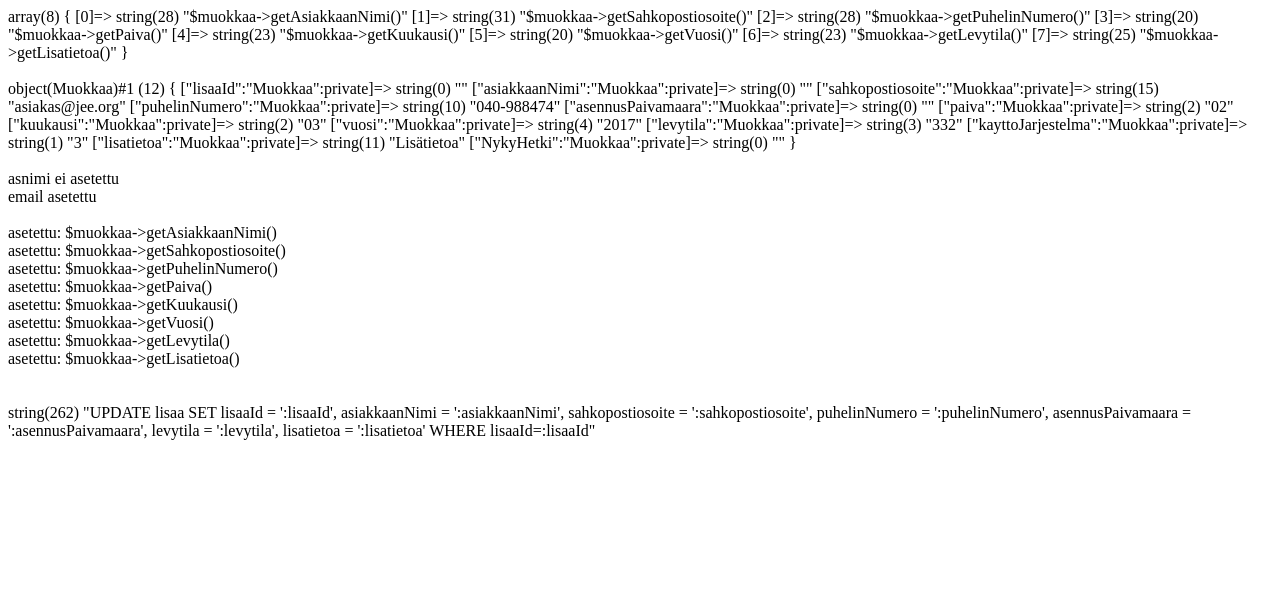
Repository: TommiKurjensalo/php
Page: http://localhost/test/function_to_function.php
The author's editor kept a copy of each file at every save. The page is drawn from the files as they stood at one save, then again after the next save.
The browser window is 1280 px wide. The pictures show the whole page.
The page is run by PHP 8.4 with error messages shown; the project is at /var/www/html/.

Above is the page before, as saved 2017-04-25 16:47:49.

### sivut/test/function_to_function.php
<?php

$m = new Muokkaa("","asiakas@jee.org","040-988474","02","03","2017","332","3","Lisätietoa");

$m->muokkaaAsiakas($m);

class Muokkaa {

	// luokan attribuutit
	private $lisaaId = "";
	private $asiakkaanNimi = "";
	private $sahkopostiosoite = "";
	private $puhelinNumero = "";
	private $asennusPaivamaara = "";
	private $paiva = "";
	private $kuukausi = "";
	private $vuosi = "";
	private $levytila = "";
	private $kayttoJarjestelma = "";
	private $lisatietoa = "";
	private $NykyHetki = "";

	// Etsitään sopiva konstruktori
	function __construct() {
		$get_arguments       = func_get_args();
		$number_of_arguments = func_num_args();

		if (method_exists($this, $method_name = '__construct'.$number_of_arguments)) {
			call_user_func_array(array($this, $method_name), $get_arguments);
		}
	}


	// Luokan konstruktori
	public function __construct9($uusiAsiakkaanNimi = "", $uusiSahkopostiosoite = "", $uusiPuhelinNumero = "",
			$uusiPaiva = "", $uusiKuukausi = "", $uusiVuosi = "",
			$uusiLevytila = "", $uusiKayttoJarjestelma = "", $uusiLisatietoa = "")
	{

		// trim poistaa tyhjät merkkijonon alusta ja lopusta
		//$this->lisaaId = ($uusiId);
		$this->asiakkaanNimi = trim($uusiAsiakkaanNimi);
		$this->sahkopostiosoite = trim($uusiSahkopostiosoite);
		$this->puhelinNumero = trim($uusiPuhelinNumero);
		$this->paiva = trim($uusiPaiva);
		$this->kuukausi = trim($uusiKuukausi);
		$this->vuosi = trim($uusiVuosi);
		$this->levytila = trim($uusiLevytila);
		$this->kayttoJarjestelma = trim($uusiKayttoJarjestelma);
		$this->lisatietoa = trim($uusiLisatietoa);
	}

	// Luokan konstruktori haeAsiakas toimintoa varten
	public function __construct2($uusiId="", $uusiAsiakkaanNimi = "")

	{
		// trim poistaa tyhjät merkkijonon alusta ja lopusta
		$this->lisaaId = ($uusiId);
		$this->asiakkaanNimi = trim($uusiAsiakkaanNimi);
		$this->paiva = trim($uusiPaiva);
		$this->kuukausi = trim($uusiKuukausi);
		$this->vuosi = trim($uusiVuosi);
		$this->kayttoJarjestelma = trim($uusiKayttoJarjestelma);
	}

	// Muuttaa/asettaa lisaaId-attribuutin
	public function setLisaaId($uusiId) {
		$this->lisaaId = $uusiId;
	}

	// Palauttaa lisaaId-attribuutin
	public function getLisaaId() {
		return $this->lisaaId;
	}

	// Muuttaa/asettaa asiakkaanNimi-attribuutin
	public function setAsiakkaanNimi($uusiAsiakkaanNimi) {
		$this->asiakkaanNimi = $uusiAsiakkaanNimi;
	}

	// Palauttaa asiakkaanNimi-attribuutin
	public function getAsiakkaanNimi() {
		return $this->asiakkaanNimi;
	}


	// $empty kertoo, saako kenttä olla tyhjä (FALSE=>ei saa olla eli on pakollinen)
	// $min kertoo kentän minimipituuden merkkeinä
	// $max kertoo kentän maksimipituuden merkkeinä
	public function checkAsiakkaanNimi($required, $min, $max) {

		// Jos kenttä saa olla tyhjä ja se on tyhjä, ei ole virhettä
		if ($required === FALSE && strlen($this->asiakkaanNimi) == 0)
			return 0;

		if ($required === TRUE) {
			// Jos kenttä on tyhjä
			if (strlen($this->asiakkaanNimi) == 0)
				return 1;

			// Jos kentässä on liian vähän tai liikaa merkkejä
			if (strlen($this->asiakkaanNimi) < $min || strlen($this->asiakkaanNimi) > $max)
				return 2;

			// Jos kentässä on sinne kuulumattomia merkkejä
			if (preg_match("/[^a-zåäöA-ZÅÄÖ0-9 \-]/", $this->asiakkaanNimi))
				return 3;

		}
		// Ei ollut virheitä
		return 0;

	}

	// *******************************************************
	// Muuttaa/asettaa sahkopostiosoite-attribuutin
	public function setSahkopostiosoite($uusiSahkopostiosoite) {
		$this->sahkopostiosoite = $uusiSahkopostiosoite;
	}

	// Palauttaa sahkopostiosoite-attribuutin
	public function getSahkopostiosoite() {
		return $this->sahkopostiosoite;
	}

	public function checkSahkopostiosoite($required) {

		// Jos kenttä saa olla tyhjä ja se on tyhjä, ei ole virhettä
		if ($required === FALSE && strlen($this->sahkopostiosoite) == 0)
			return 0;

		if ($required == TRUE) {
			// Jos kenttä on tyhjä
			if (strlen($this->sahkopostiosoite) == 0)
				return 4;

			// Jos kentässä on sinne kuulumattomia merkkejä
			// Hyväksytyt merkit ovat A-Z a-z 0-9 . - ja maatunnus 2-4 merkkiä (A-Z a-z)
			if (!preg_match('/^[A-Öa-ö0-9._-]+@[A-Öa-ö0-9.-]+\.[A-Za-z]{2,4}$/', $this->sahkopostiosoite))
				return 5;

		}

		return 0;
	}

	// *******************************************************
	// Muuttaa/asettaa puhelinNumero-attribuutin
	public function setPuhelinNumero($uusiPuhelinNumero) {
		$this->puhelinNumero = $uusiPuhelinNumero;
	}

	// Palauttaa puhelinNumero-attribuutin
	public function getPuhelinNumero() {
		return $this->puhelinNumero;
	}

	public function checkPuhelinNumero($required, $min, $max) {

		// Jos kenttä saa olla tyhjä ja se on tyhjä, ei ole virhettä
		if ($required === FALSE && strlen($this->puhelinNumero) == 0)
			return 0;

		if ($required === TRUE) {
			// Jos kenttä on tyhjä
			if (strlen($this->puhelinNumero) == 0)
				return 6;

			// Jos kentässä on liian vähän merkkejä/numeroita
			if (strlen($this->puhelinNumero) < $min || strlen($this->puhelinNumero) > $max) {
				return 20;
			}
			// Jos kentässä on sinne kuulumattomia merkkejä
			// Sallittu vain numerot 0-9, välilyönti ja välimerkki '-'
			elseif (!preg_match('/^(\d){0,4}[-]{1}[(\d\s)]{0,17}$/D', $this->puhelinNumero)) {
				return 7;
			}

		}
		// Ei ollut virheitä
		return 0;
	}

	// *******************************************************
	// Muuttaa/asettaa asennusPaivamaara-attribuutin
	public function setAsennusPaivamaara($uusiAsennusPaivamaara) {
		$this->asennusPaivamaara = $uusiAsennusPaivamaara;
	}

	// Palauttaa asennusPaivamaara-attribuutin
	public function getAsennusPaivamaara() {
		return $this->asennusPaivamaara;
	}

	// *******************************************************
	// Muuttaa/asettaa paiva-attribuutin
	public function setPaiva($uusiPaiva) {
		$this->paiva = $uusiPaiva;
	}

	// Palauttaa paiva-attribuutin
	public function getPaiva() {
		return $this->paiva;
	}

	// *******************************************************
	// Muuttaa/asettaa kuukausi-attribuutin
	public function setKuukausi($uusiKuukausi) {
		$this->kuukausi = $uusiKuukausi;
	}

	// Palauttaa kuukausi-attribuutin
	public function getKuukausi() {
		return $this->kuukausi;
	}

	// *******************************************************
	// Muuttaa/asettaa vuosi-attribuutin
	public function setVuosi($uusiVuosi) {
		$this->vuosi = $uusiVuosi;
	}

	// Palauttaa vuosi-attribuutin
	public function getVuosi() {
		return $this->vuosi;
	}

	// Palauttaa nykyhetki-attribuutin
	// Käytetään testaukseen
	public function getNykyHetki() {
		return $this->NykyHetki;
	}

	public function checkAsennusPaivamaara($required) {


		if ($required === TRUE) {
			// Jos kentät on tyhjiä

			if (strpos($this->paiva, 'none') !==FALSE || strpos($this->kuukausi, 'none') !==FALSE
					|| strpos($this->vuosi, 'none') !==FALSE) {
						return 8;
					}
					// Määritellään muuttujia päivämäärän tulevaisuuden tarkistamista varten
					$paivaFormaatti='j.n.Y';
					$nykyHetki = new DateTime('now', new DateTimeZone('Europe/Helsinki'));
					// Muutetaan tuodut päivä,kuukausi ja vuositiedot DateTime muotoon, jotta sitä voidaan helpommin vertailla
					// ja viedä yhdellä muuttujalle tiedot sivulle
					$DateAsennusPaivamaara = DateTime::createFromFormat($paivaFormaatti,"$this->paiva.$this->kuukausi.$this->vuosi");
					$this->asennusPaivamaara = $DateAsennusPaivamaara;
					$this->NykyHetki = $nykyHetki;

					// Jos asetettu päivämääärä on tulevaisuudessa
					if($DateAsennusPaivamaara > $nykyHetki)
						return 9;
		}
		// Muuten palautetaan 0, aka kaikki hyvin
		return 0;
	}

	public function setErotteleAsennusPaivamaara($asennusPaivamaara) {

		if (!empty($asennusPaivamaara)) {
			list($uusiVuosi,$uusiKuukausi,$UusiPaiva) = explode(".",$asennusPaivamaara);

			$this->setPaiva($UusiPaiva);
			$this->setKuukausi($uusiKuukausi);
			$this->setVuosi($uusiVuosi);
		}


	}

	// *******************************************************
	// Muuttaa/asettaa levytila-attribuutin
	public function setLevytila($uusiLevytila) {
		$this->levytila = $uusiLevytila;
	}

	// Palauttaa levytila-attribuutin
	public function getLevytila() {
		return $this->levytila;
	}

	public function checkLevytila($required) {

		// Jos kenttä saa olla tyhjä ja se on tyhjä, ei ole virhettä
		if ($required === FALSE && strlen($this->levytila) == 0)
			return 0;

		if ($required === TRUE) {
			// Jos kenttä on tyhjä
			if (strlen($this->levytila) == 0)
				return 10;

			// Jos kentässä on sinne kuulumattomia merkkejä
			if (preg_match("[\d{1-5}]", $this->levytila))
				return 11;

			// Jos levytila on 0 tai negatiivinen kokonaisluku
			if ($this->levytila <= 0)
				return 21;
		}

		return 0;
	}

	// *******************************************************
	// Muuttaa/asettaa kayttoJarjestelma-attribuutin
	public function setKayttoJarjestelma($uusiKayttoJarjestelma) {
		$this->kayttoJarjestelma = $uusiKayttoJarjestelma;
	}

	// Palauttaa kayttoJarjestelma-attribuutin
	public function getKayttoJarjestelma() {
		return $this->kayttoJarjestelma;
	}

	public function checkKayttoJarjestelma($required) {

		// Jos kenttä saa olla tyhjä ja se on tyhjä, ei ole virhettä
		if ($required === FALSE && strlen($this->kayttoJarjestelma) == 0)
			return 0;

		if ($required === TRUE) {
			// Jos käyttöjärjestelmää ei ole valittu
			if (strpos($this->kayttoJarjestelma, 'none') !==FALSE)
				return 12;
		}
		// Ei ollut virheitä
		return 0;
	}

	// *******************************************************
	// Muuttaa/asettaa kayttoJarjestelma-attribuutin
	public function setLisatietoa($uusiLisatietoa) {
		$this->lisatietoa = $uusiLisatietoa;
	}

	// Palauttaa kayttoJarjestelma-attribuutin
	public function getLisatietoa() {
		return $this->lisatietoa;
	}

	public function checkLisatietoa ($required, $min, $max) {

		// Jos kenttä saa olla tyhjä ja se on tyhjä, ei ole virhettä
		if ($required === FALSE && strlen($this->lisatietoa) == 0)
			return 0;


		if ($required === TRUE) {
			// Jos kenttä on tyhjä
			if (strlen($this->lisatietoa) == 0)
				return 13;

			// Jos kentässä on liian vähän tekstiä
			if (strlen($this->lisatietoa) < $min || strlen($this->lisatietoa) > $max)
				return 14;

		}
		// Ei ollut virheitä
		return 0;
	}

public function muokkaaAsiakas($muokkaa) {

	$tulos = array();
	$table = 'lisaa';
	$where = 'lisaaId=:lisaaId';
	$a = '$muokkaa->get';
	$lista = [$a.'AsiakkaanNimi()',$a.'Sahkopostiosoite()',$a.'PuhelinNumero()',$a.'Paiva()',$a.'Kuukausi()',$a.'Vuosi()',$a.'Levytila()',$a.'Lisatietoa()'];

	var_dump($lista);
	echo "<br><br>";
	var_dump($muokkaa);

	echo "<br><br>";

	echo (!empty($muokkaa->getAsiakkaanNimi()) ? 'asnimi asetettu':'asnimi ei asetettu');
	echo "<br>";
	echo (!empty($muokkaa->getSahkopostiosoite()) ? 'email asetettu':'email ei asetettu');

	echo "<br><br>";
	for ($i=0; $i<=7; $i++) {
		if (!empty($lista[$i])) {
			echo 'asetettu: ' .$lista[$i].'<br>';
		}
	}

	$data = ["lisaaId" => ":lisaaId","asiakkaanNimi" => ":asiakkaanNimi","sahkopostiosoite"=>":sahkopostiosoite","puhelinNumero"=>":puhelinNumero",
			"asennusPaivamaara"=>":asennusPaivamaara","levytila"=>":levytila","lisatietoa"=>":lisatietoa"];

	function build_sql_update($table, $data, $where)
	{
		$cols = array();

		foreach($data as $key=>$val) {
			$cols[] = "$key = '$val'";
		}
		$sql = "UPDATE $table SET " . implode(', ', $cols) . " WHERE $where";

		return $sql;
	}

	$sql_lisaa = build_sql_update($table,$data,$where);
	//$sql_lisaa = Muokkaa::build_sql_update($table, $data, $where);
	echo "<br><br>";
	var_dump($sql_lisaa);
}
}
?>

After the next save:
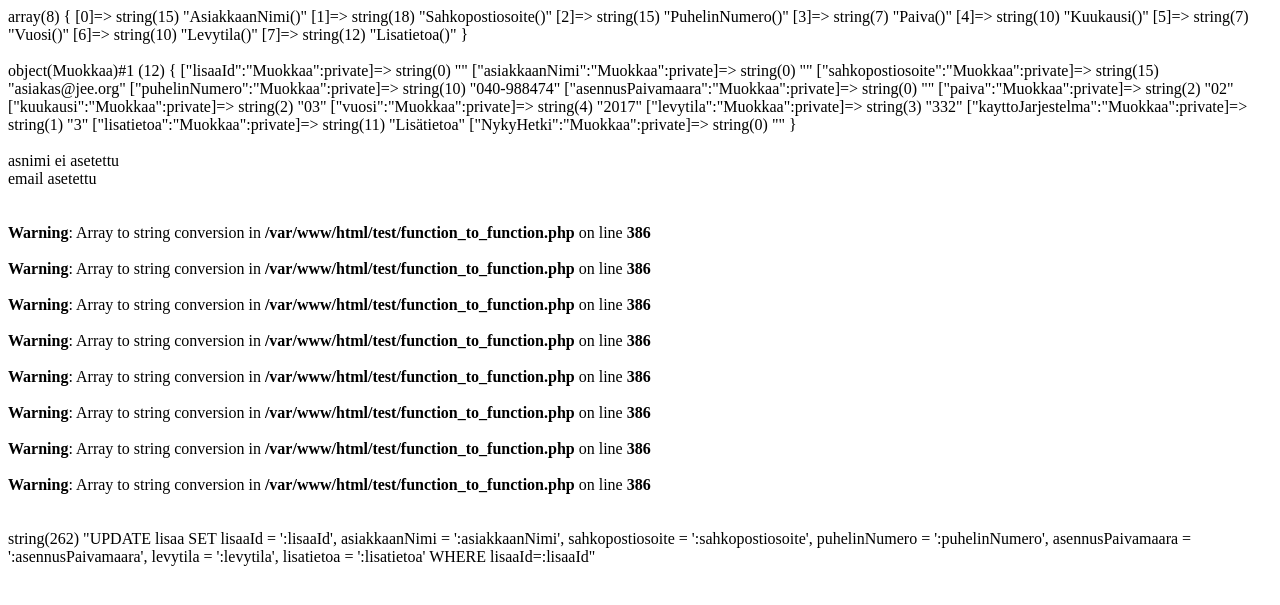
Saved 70 s later.
--- a/sivut/test/function_to_function.php
+++ b/sivut/test/function_to_function.php
@@ -369,7 +369,7 @@
 	$table = 'lisaa';
 	$where = 'lisaaId=:lisaaId';
 	$a = '$muokkaa->get';
-	$lista = [$a.'AsiakkaanNimi()',$a.'Sahkopostiosoite()',$a.'PuhelinNumero()',$a.'Paiva()',$a.'Kuukausi()',$a.'Vuosi()',$a.'Levytila()',$a.'Lisatietoa()'];
+	$lista = ['AsiakkaanNimi()','Sahkopostiosoite()','PuhelinNumero()','Paiva()','Kuukausi()','Vuosi()','Levytila()','Lisatietoa()'];
 
 	var_dump($lista);
 	echo "<br><br>";
@@ -383,7 +383,7 @@
 
 	echo "<br><br>";
 	for ($i=0; $i<=7; $i++) {
-		if (!empty($lista[$i])) {
+		if (!empty($muokkaa->$lista[$i])) {
 			echo 'asetettu: ' .$lista[$i].'<br>';
 		}
 	}

After the save that followed:
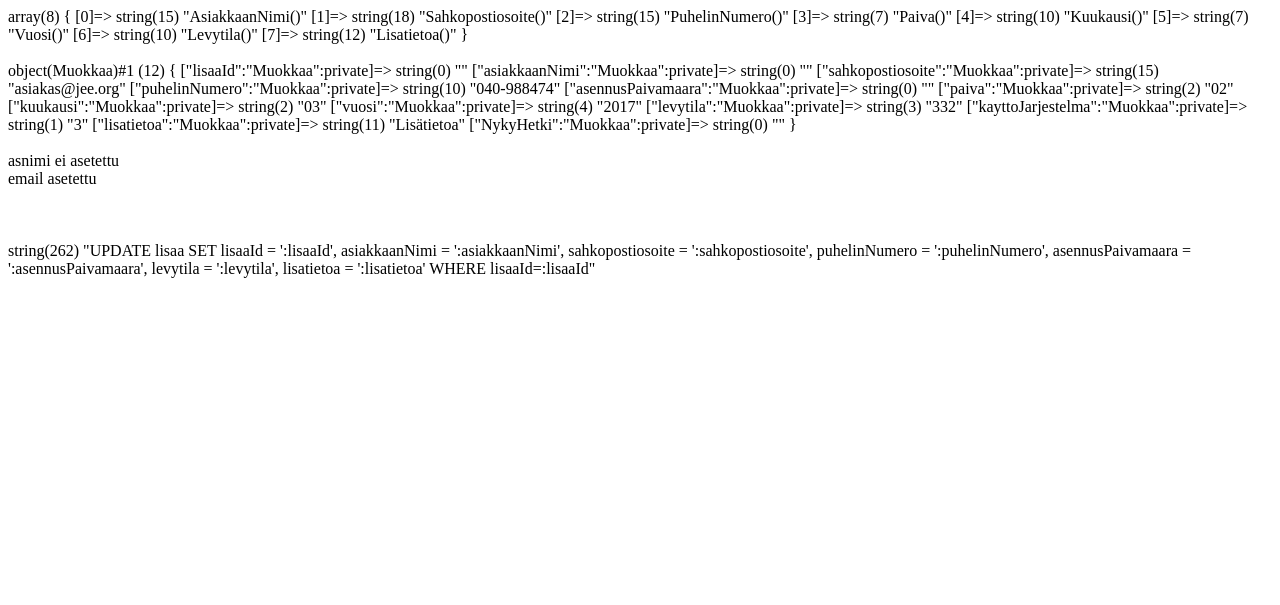
Saved 38 s later.
--- a/sivut/test/function_to_function.php
+++ b/sivut/test/function_to_function.php
@@ -383,7 +383,7 @@
 
 	echo "<br><br>";
 	for ($i=0; $i<=7; $i++) {
-		if (!empty($muokkaa->$lista[$i])) {
+		if (!empty($muokkaa->getAsiakkaanNimi())) {
 			echo 'asetettu: ' .$lista[$i].'<br>';
 		}
 	}
